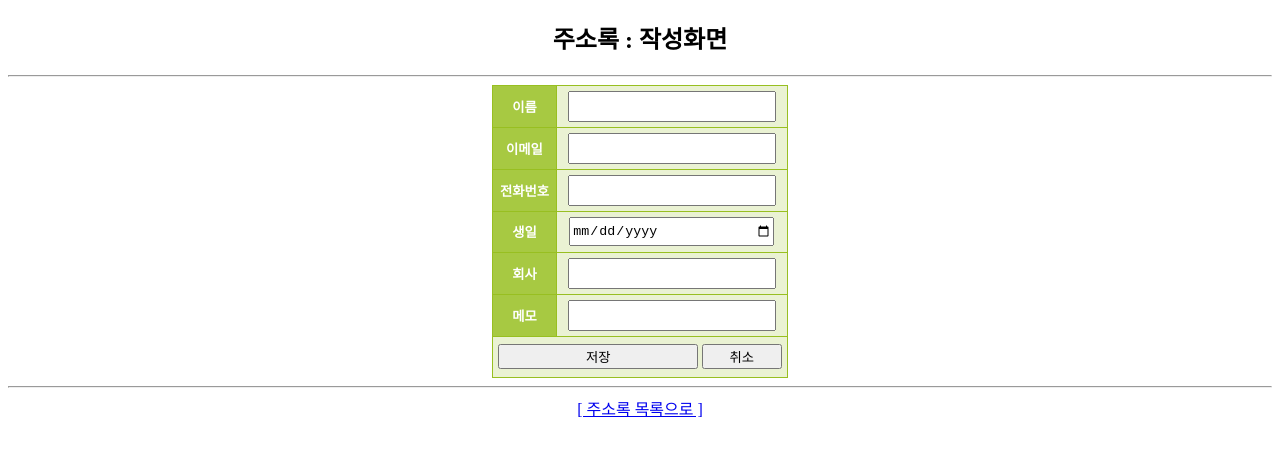
Repository: BeigeBear/TEST
Page: http://localhost/Addrbook/WebContents/addrbook_form.jsp
These files come from the project's save history. The page is drawn as it stood at one moment and after the next save; the edit follows.
The browser window is 1280 px wide. The pictures show the whole page.
The page is served by Tomcat 9. Nobody is signed in. The application's start-up code is not run.

Above is the page before, as saved 2022-12-06 03:04:02.

After the next save:
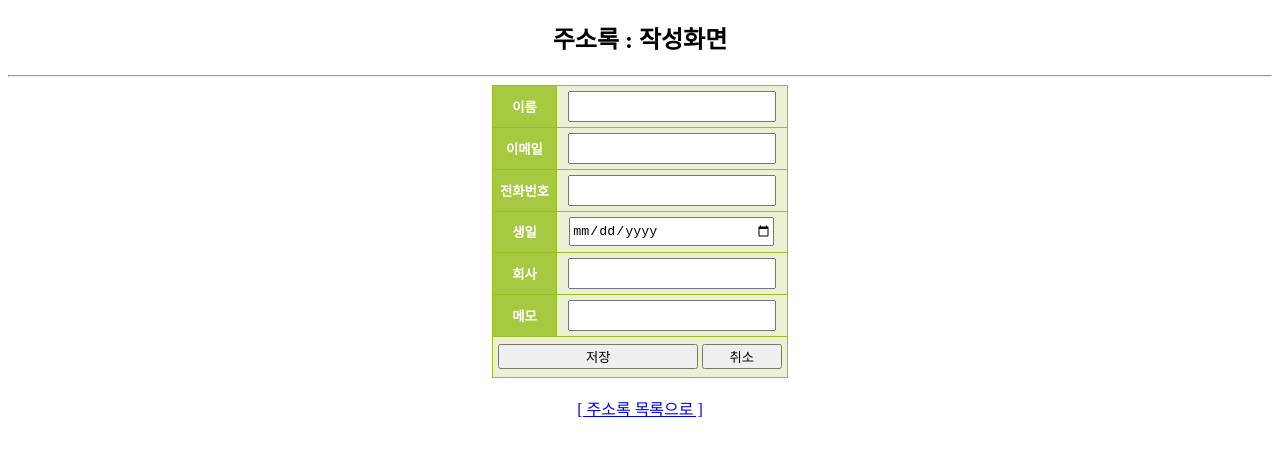
Saved 8 s later.
--- a/Addrbook/WebContents/addrbook_form.jsp
+++ b/Addrbook/WebContents/addrbook_form.jsp
@@ -57,7 +57,7 @@
 
 	</table>
 	</form>
-	<hr>
+	<br>
 	<a href=index.jsp>[ 주소록 목록으로 ]</a><p>
 </div>
 
